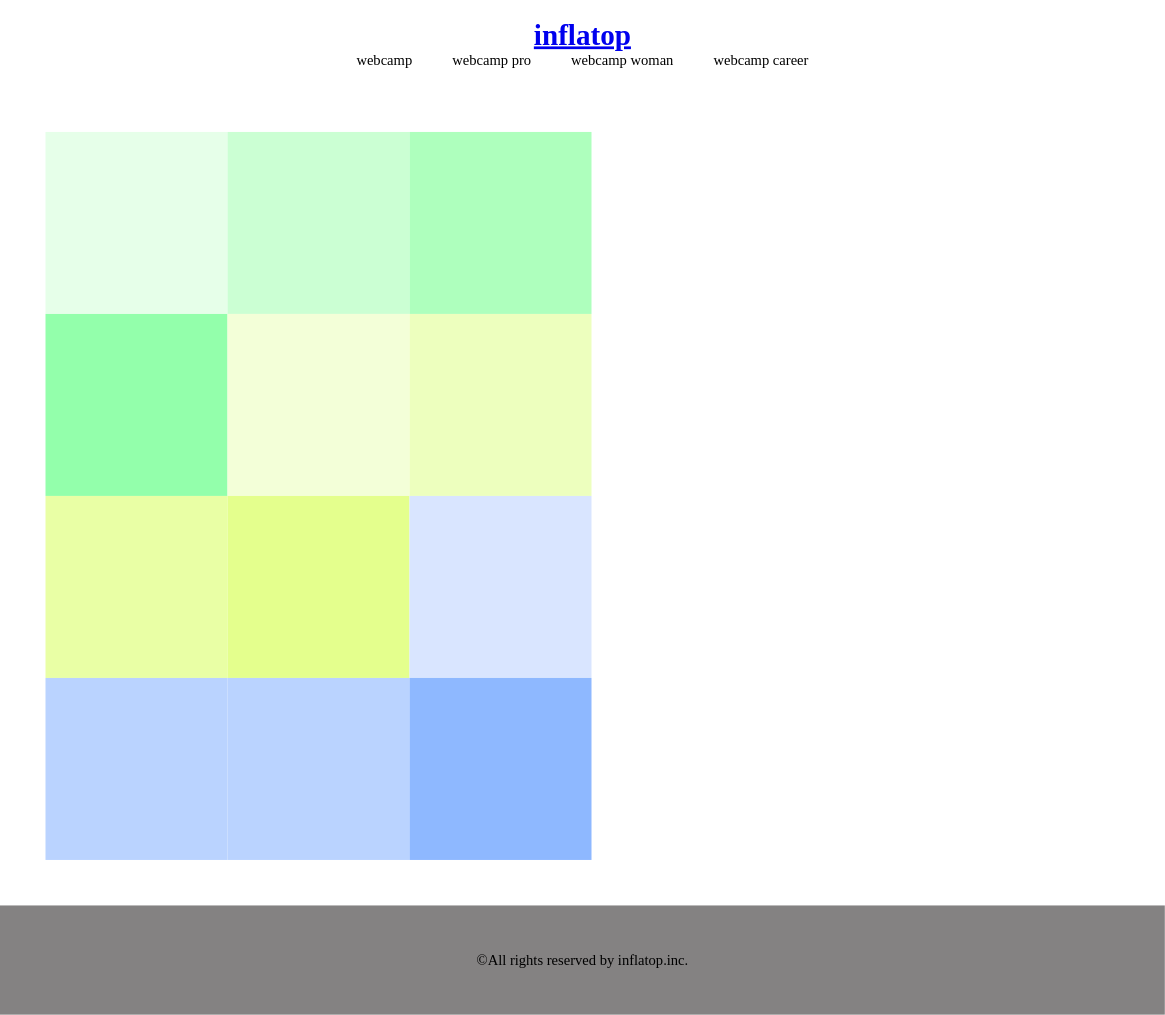
Repository: sunny0105yoko/bookers2-debug
Page: excise5/index.html
The author's editor kept a record of every edit. The page is drawn from the files as they stood at one moment, then again after the next edit.
The browser window is 1280 px wide. The pictures show the whole page, at 91% of full size.

Above is the page before.

After the next edit:
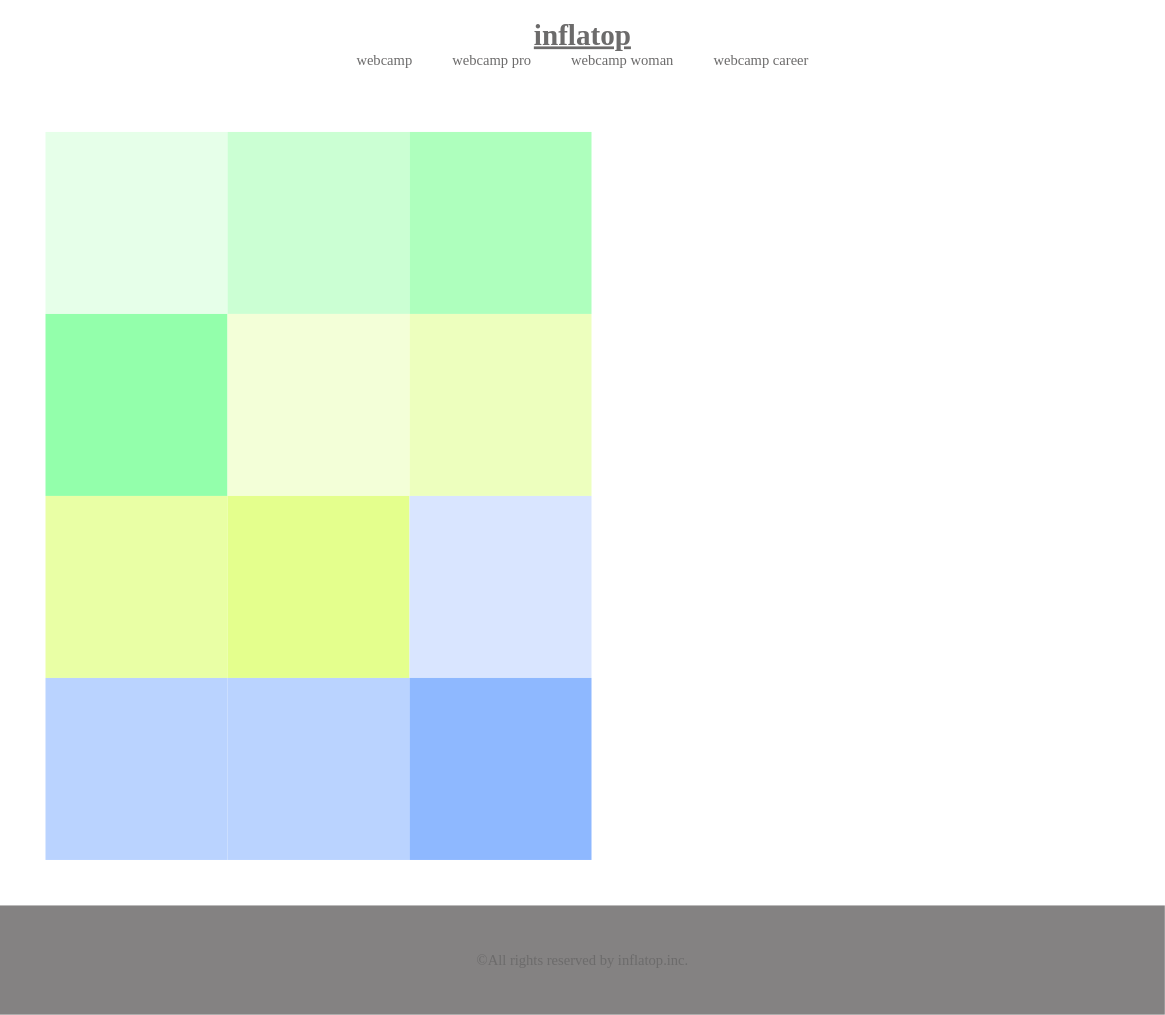
The edit:
--- a/excise5/style.css
+++ b/excise5/style.css
@@ -2,6 +2,7 @@
   margin:0;
   padding: 0;
   box-sizing:border-box;
+  color: #6c6b6b;
 }
 
 header{
